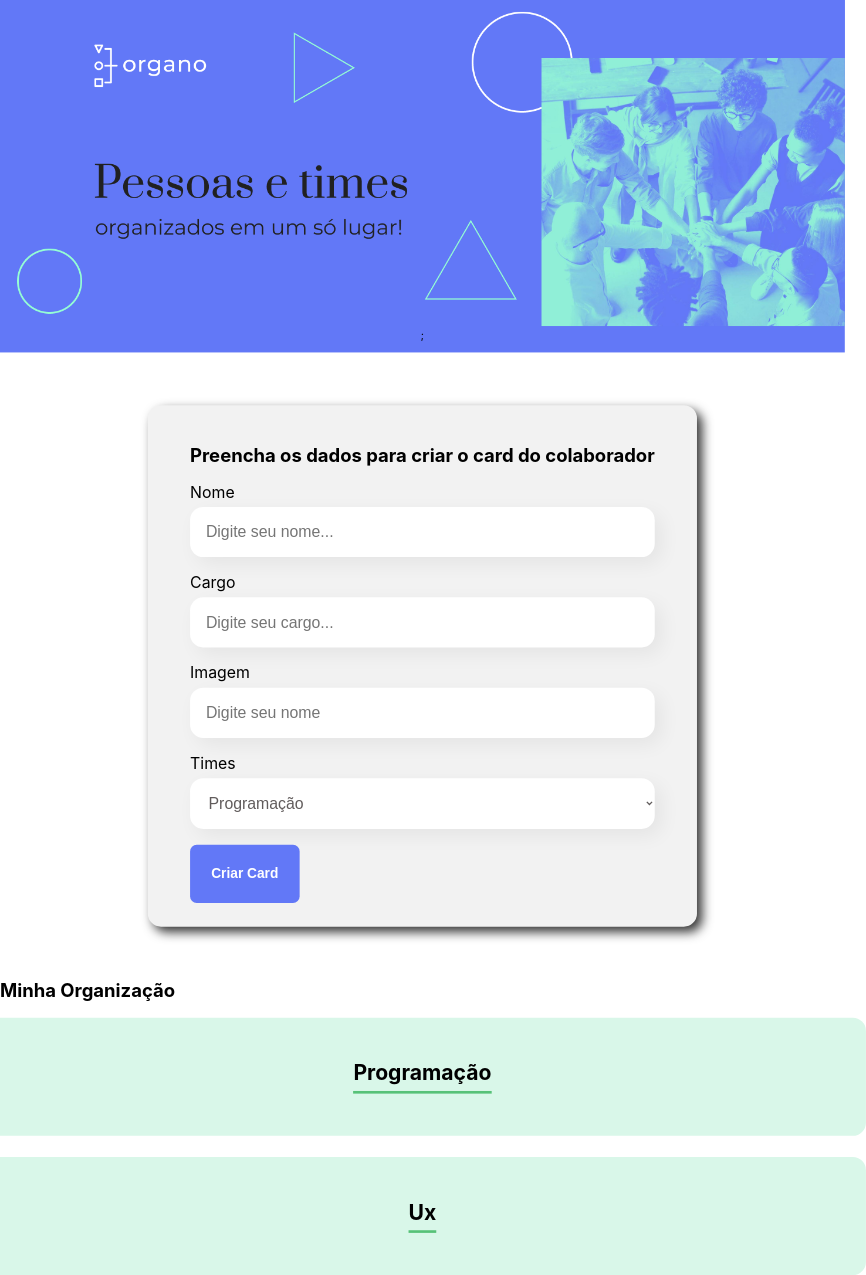
Repository: guilhermecardoso93/organo
Page: /
An editor plug-in stored every save of this project. The page is shown before and after the next save, followed by the edit.
The browser window is 1280 px wide. The page is 1312 px wide, so the pictures cover 1312 px, including what lies to the right of the window. The pictures show the whole page, at 66% of full size.
The project was rebuilt for these pictures with package versions that can differ from the ones it lists, and the page was loaded fresh each time.

Above is the page before, as saved 2024-05-26 19:11:20.

After the next save:
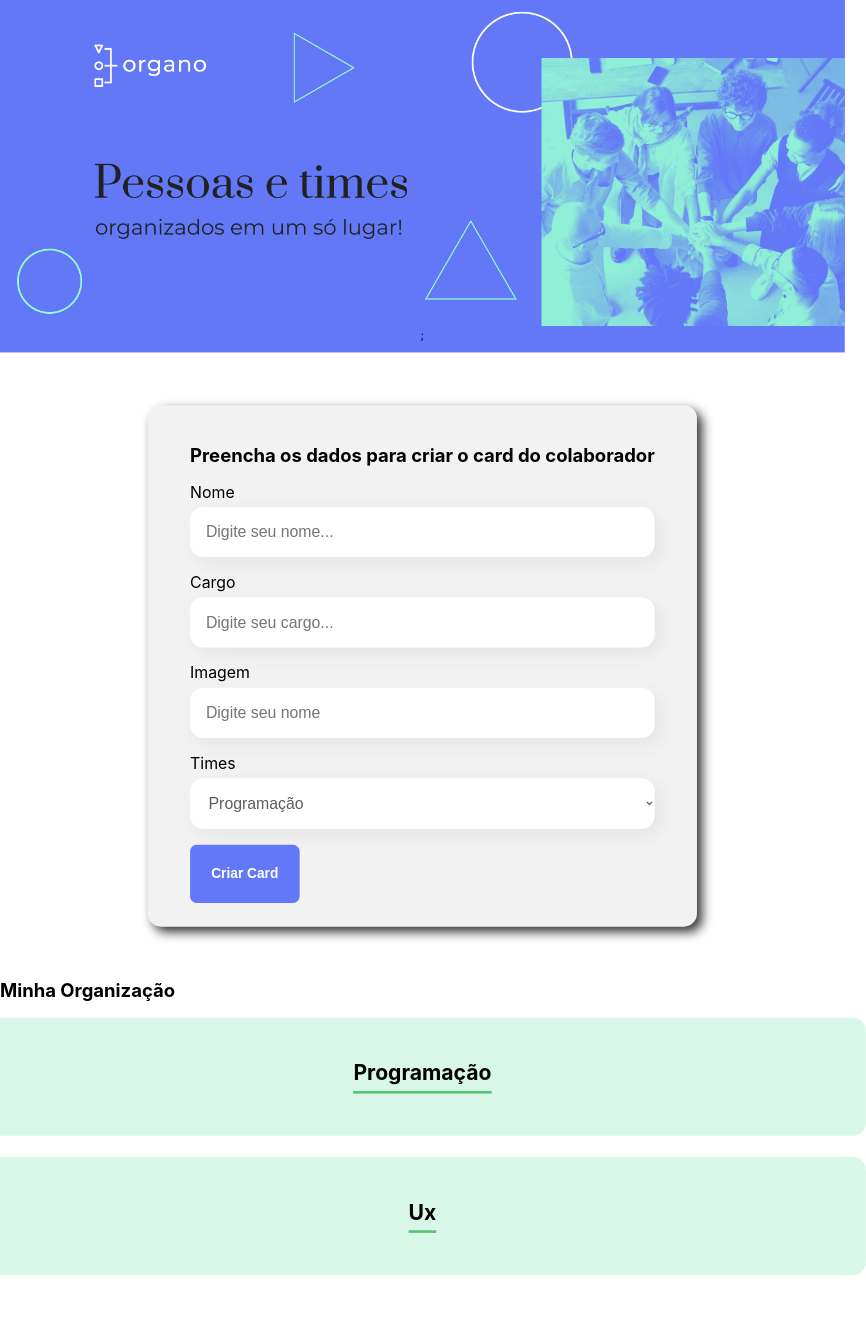
Saved 22 s later.
--- a/src/components/Times/styles.css
+++ b/src/components/Times/styles.css
@@ -1,3 +1,6 @@
+.times-container-main {
+  margin: 80px 0;
+}
 .times-container-list {
   display: flex;
   flex-direction: column;
